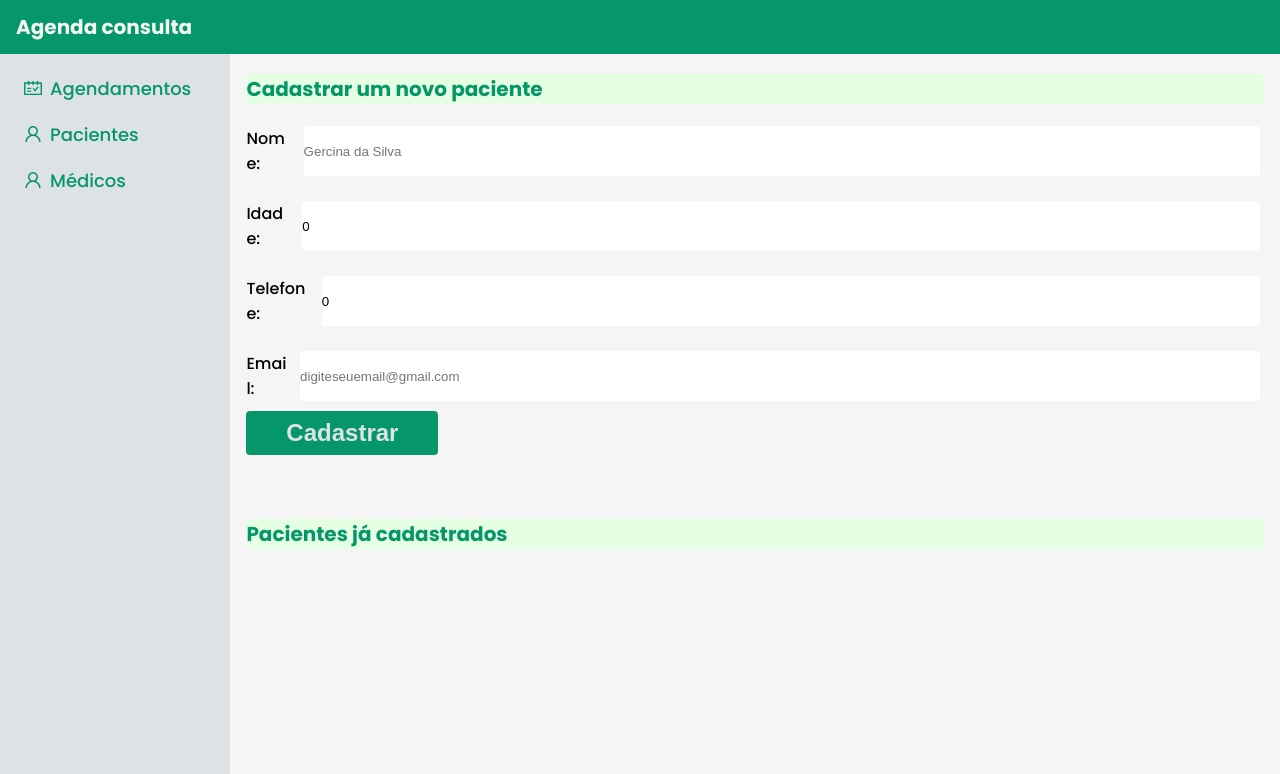
Repository: BarbaraCD/agendaconsulta
Page: /patients
The author's editor kept a copy of each file at every save. The page is drawn from the files as they stood at one save, then again after the next save.
The browser window is 1280 px wide. The pictures show the whole page.
The page's requests for data from a server got no answer. The project was rebuilt for these pictures with package versions that can differ from the ones it lists, and the page was loaded fresh each time. No one was signed in, and anything a server would have sent is missing. Also part of the build but not shown: vite.config.ts, src/styles/StyleList.ts, src/components/Doctors.tsx, src/services/doctor.services.ts, src/components/InputDoctors.tsx, src/components/CreateDoctor.tsx, src/components/Patients.tsx, src/styles/Appointments.ts and 3 more.

Above is the page before, as saved 2023-08-07 09:27:36.

### index.html
<!DOCTYPE html>
<html lang="en">
  <head>
    <meta charset="UTF-8" />
    <link rel="icon" type="image/svg+xml" href="/vite.svg" />
    <meta name="viewport" content="width=device-width, initial-scale=1.0" />

    <link rel="preconnect" href="https://fonts.googleapis.com">
    <link rel="preconnect" href="https://fonts.gstatic.com" crossorigin>
    <link href="https://fonts.googleapis.com/css2?family=Poppins:wght@400;500;700&display=swap" rel="stylesheet">

    <title>Agendamento de Consulta</title>
  </head>
  <body>
    <div id="root"></div>
    <script type="module" src="/src/main.tsx"></script>
  </body>
</html>

### src/main.tsx
import React from 'react'
import ReactDOM from 'react-dom/client'
import { ThemeProvider } from 'styled-components'
import GlobalStyle, { Container, Content } from './styles/global'
import { theme } from './styles/Theme.ts'
import App from './App.tsx'
import { Routes } from './routes/index.tsx'
import { Header } from './components/Header.tsx'
import { Provider } from 'react-redux'
import store from './store/index.ts'

ReactDOM.createRoot(document.getElementById('root')!).render(
  <React.StrictMode>
    <Provider store={store}>
      <ThemeProvider theme={theme}>
        <GlobalStyle />
        <Header />
        <Container>
            <App />
          <Content>
            <Routes />
          </Content>
        </Container>
      </ThemeProvider>
    </Provider>
  </React.StrictMode>
)

### src/styles/global.ts
import styled, { createGlobalStyle } from 'styled-components'

export default createGlobalStyle`
  *{
    margin: 0;
    padding: 0;
    box-sizing: border-box;

  }
  body{
    height: 100%;
    font-family: 'Poppins', sans-serif;
    background: ${(props) => props.theme.colors.white};
    font-size: ${(props) => props.theme.size.xl};
  }
`

export const Container = styled.div`
  display: flex;
`

export const SidebarGlobal = styled.div`
  width: 18%;
`

export const Content = styled.div`
  flex: 1;
  margin: 0 16px;
`;

### src/styles/Theme.ts

export const theme = {
  colors: {
    primary: '#059669',
    head: '#059669B3',
    900: '#6A8D73',
    800: '#AFC5A6',
    700: '#F4FDD9',
    100: '#E4FFE1',

    sbcolor: '#DCE2E6',
    gray: '#41414D',
    black: '#000',
    white: '#f5f5f5',
  },

  size: {
    sm: '14px',
    md: '16px',
    lg: '18px',
    xl: '20px',
    xxl: '24px'
  }
}

### src/App.tsx
import './styles/global'
import { Sidebar } from './components/Sidebar'
import { SidebarGlobal } from './styles/global'

export default function App() {

  return (
    <SidebarGlobal>
      <Sidebar />
    </SidebarGlobal>
  )
}

### src/routes/index.tsx
import { BrowserRouter } from "react-router-dom";

import { AppRoutes } from './app.routes'

export function Routes(){
  return(
    <BrowserRouter>
      <AppRoutes />
    </BrowserRouter>
  )
}

### src/components/Header.tsx
import { styled } from "styled-components"

const Container = styled.div`
  background-color: ${(props) => props.theme.colors.primary};
  padding: 12px 16px;
  flex: 1;
  min-width: 95px;
  color: ${(props) => props.theme.colors.white};
  font-weight: 700;
  a{
    text-decoration: none;
    color: ${(props) => props.theme.colors.white};
    word-break: normal;
  }
`

export function Header(){
  return (
    <Container>
      <a href="/">Agenda consulta</a>
    </Container>
  )
}

### src/store/index.ts
import { configureStore, ThunkAction, Action  } from "@reduxjs/toolkit";
import appointmentReducer  from '../features/appointments/appointmentsSlice'

const store = configureStore({
  reducer: {
    appointment: appointmentReducer,
  }
})

export type RootState = ReturnType<typeof store.getState>
export type AppThunk<ReturnType = void> = ThunkAction<
  ReturnType,
  RootState,
  unknown,
  Action<string>
>;

export default store

### src/components/Sidebar.tsx
import { ScheduleOutlined, UserOutlined } from '@ant-design/icons'
import { StyledSidebar, StyledList } from '../styles/SidebarStyled'

export function Sidebar(){
  return (
    <StyledSidebar>
        <StyledList>
          <li>
            <ScheduleOutlined style={{color:'#059669'}} />
            <a href="/appointments">Agendamentos</a>
          </li>
          <li>
            <UserOutlined style={{color:'#059669'}} />
            <a href="/patients">Pacientes</a>
          </li>
          <li>
            <UserOutlined style={{color:'#059669'}} />
            <a href="/doctors">Médicos</a>
          </li>
        </StyledList>
    </StyledSidebar>
  )
}

### src/routes/app.routes.tsx
import { Routes, Route } from 'react-router-dom'

import { CreateDoctor } from '../components/CreateDoctor'
import { CreatePatient } from '../components/CreatePatient'
import { App } from 'antd'
import { AppointmentsCalendar } from '../components/Calendar'
import { Appointments } from '../components/Appointments'

export function AppRoutes(){
  return(
    <Routes>
      <Route path='/' element={<App />} />
      <Route path='/patients' element={<CreatePatient />} />
      <Route path='/doctors' element={<CreateDoctor />} />
      <Route path='/appointments' element={<Appointments />} />
      <Route path='/calendar' element={<AppointmentsCalendar />} />

    </Routes>
  )
}

### src/features/appointments/appointmentsSlice.ts
import { createSlice, PayloadAction, CaseReducer } from '@reduxjs/toolkit';
import { AppointmentsProps } from '../../components/Appointments';

interface AppointmentState {
  appointments: AppointmentsProps[];
}

const initialState: AppointmentState = {
  appointments: [],
};

const appointmentSlice = createSlice({
  name: 'appointment',
  initialState,
  reducers: {
    addAppointment: (state, action: PayloadAction<AppointmentsProps>) => {
      state.appointments.push(action.payload);
    },
  },
});

export const { addAppointment } = appointmentSlice.actions;

export type AppointmentAction = ReturnType<CaseReducer<typeof appointmentSlice.reducer>>;

export default appointmentSlice.reducer;

### src/styles/SidebarStyled.ts
import styled from 'styled-components'

export const StyledSidebar = styled.div`
  flex-direction: column;
  height: 100vh;
  background-color: ${(props) => props.theme.colors.sbcolor};
  color: ${(props) => props.theme.colors.black};
  font-size: ${(props) => props.theme.size.lg};
  font-weight: 500;
  justify-content: start;
  text-align: start;
`

export const StyledList = styled.ul`
    flex-direction: column;
    display: flex;
    padding: 12px;
    list-style: none;

  li{
    cursor: pointer;
    padding: 12px;
    line-height: 22px;
  }

  a{
    text-decoration: none;
    color: ${(props) => props.theme.colors.primary};
    margin: 8px;
    word-break: break-all;
  }
`

### src/components/CreatePatient.tsx
import { useEffect, useState } from 'react'
import { Patients, PatientsProps } from './Patients'
import { createPatient, getPatient } from '../services/patient.services'
import { InputPatients } from './InputPatient'
import { SubmitButton } from './SubmitButton'
import { Container, Container2, Container3 }  from '../styles/CreateContainer'


export function CreatePatient(){

  const [patients, setPatients] = useState<PatientsProps[]>([])
  const [newPatient, setNewPatient] = useState<PatientsProps>({
    id: 0,
    name: '',
    age: 0,
    telephone: 0,
    email:''
  })

  useEffect(() => {
    fetchPatient().catch((error) => {
      console.error('Error fetching Patients:', error);
    });
  }, []);

  async function fetchPatient() {
    try {
      const response: PatientsProps[] = await getPatient();
      setPatients(response);
    } catch (error) {
      console.error('Error fetching Patients:', error);
    }
  }

  async function createNewPatient(){
    if(
      newPatient?.name.trim() !== '' &&
      typeof newPatient?.age === 'number' && newPatient?.age > 0 &&
      typeof newPatient?.telephone === 'number' && newPatient?.telephone > 0 &&
      newPatient?.email.trim() !== ''
      ){
        try {
          await createPatient(newPatient.name, newPatient.age, newPatient.telephone, newPatient.email);
          await fetchPatient();
            setNewPatient({
              id: 0,
              name: '',
              age: 0,
              telephone: 0,
              email: ''
            })
        console.log("Médico cadastrado com sucesso!")
        } catch(error){
          console.log("Erro ao cadastrar medico:", error)
        }
      } else {
        console.error("Por favor, preencha todos os campos corretamente.")
      }
  }

  return(
    <Container>
      <Container2>
      <h3>Cadastrar um novo paciente</h3>
        <InputPatients
          name={newPatient.name}
          age={newPatient.age}
          telephone={newPatient.telephone}
          email={newPatient.email}
          onNameChange={(value) => setNewPatient({ ...newPatient, name: value })}
          onAgeChange={(value) => setNewPatient({ ...newPatient, age: value })}
          onTelephoneChange={(value) => setNewPatient({ ...newPatient, telephone: value})}
          onEmailChange={(value) =>
            setNewPatient({ ...newPatient, email: value })
          }
        />

          <SubmitButton onClick={createNewPatient}/>
        </Container2>

        <Container3>
          <h3>Pacientes já cadastrados</h3>
          {patients.length > 0 && (
            patients.map((patients) => (
              <Patients
                id={patients.id}
                key={patients.id}
                name={patients.name}
                age={patients.age}
                telephone={patients.telephone}
                email={patients.email}
              />
            ))
          )}
        </Container3>

    </Container>
  )
}

### src/components/SubmitButton.tsx
import { styled } from "styled-components"

interface SubmitButtonProps {
  onClick: () => void
}

const StyledButton = styled.button`
  padding: 8px;
  width: 15vw;
  /* margin-left: 964px; */
  border-radius: 4px;
  color: ${(props) => props.theme.colors.sbcolor};
  border: none;
  background-color: ${(props) => props.theme.colors.primary};
  cursor: pointer;

  &:hover{
    color: ${(props) => props.theme.colors[100]};
  }

  p{
    font-size: ${(props) => props.theme.size.xxl};
    font-weight: 700;
  }
`

export function SubmitButton({ onClick }: SubmitButtonProps) {
  return (
    <StyledButton onClick={onClick}>
      <p>
        Cadastrar
      </p>
    </StyledButton>
  )
}

### src/styles/CreateContainer.ts
import styled from "styled-components"

export const Container = styled.div`

  background-color: ${(props) => props.theme.colors.white};
  justify-content: start;
  align-items: center;
`

export const Container2 = styled.div`

  padding: 20px 0;

  h3{
    font-size: ${(props) => props.theme.size.xl};
    color: ${(props) => props.theme.colors.primary};
    background-color: ${(props) => props.theme.colors[100]};
    margin-bottom: 12px;
  }

`
export const Container3 = styled.div`
  margin-top: 24px;
  flex-direction: column;
  padding: 20px 0;

  h3{
    font-size: ${(props) => props.theme.size.xl};
    color: ${(props) => props.theme.colors.primary};
    background-color: ${(props) => props.theme.colors[100]};
    margin-bottom: 12px;
  }
`

### src/services/patient.services.ts
import axios from 'axios';
import { PatientsProps } from '../components/Patients'
import { api } from './ApiConfig'

export async function getPatient(): Promise<PatientsProps[]> {
  try {
    const response = await axios.get('http://localhost:3333/patient');
    // eslint-disable-next-line @typescript-eslint/no-unsafe-return
    return response.data;
  } catch (error) {
    throw new Error('Erro ao obter dados dos pacientes:');
  }
}

export async function createPatient(name: string, age: number, telephone: number, email: string){
  return api.post('/patient', {
    name,
    age,
    telephone,
    email,
  })
}

### src/components/InputPatient.tsx
import { useState } from 'react'
import { InputContainer } from '../styles/InputContainer'

interface InputPatientsProps{
  name: string
  age: number
  telephone: number
  email: string
  onNameChange: (value: string) => void
  onAgeChange: (value: number) => void
  onTelephoneChange: (value: number) => void
  onEmailChange: (value: string) => void
}

export function InputPatients(props: InputPatientsProps) {
  const [telephone, setTelephone] = useState<number | ''>(props.telephone);
  const [age, setAge] = useState<number | ''>(props.age);

  const handleTelephoneChange = (event: React.ChangeEvent<HTMLInputElement>) => {
    const value = event.target.value;
    const numericValue = value.replace(/\D/g, '');
    const limitedValue = numericValue.slice(0, 11);
    setTelephone(limitedValue === '' ? '' : Number(limitedValue));
    props.onTelephoneChange(Number(limitedValue));
  }

  const handleAgeChange = (event: React.ChangeEvent<HTMLInputElement>) => {
    const value = event.target.value;
    const numericValue = value.replace(/\D/g, '');
    const limitedValue = numericValue.slice(0, 2);
    setAge(limitedValue === '' ? '' : Number(limitedValue));
    props.onAgeChange(Number(limitedValue));
  }

  return (
    <InputContainer>
        <label>
          <p>Nome:</p>
          <input
            type="text"
            name="nome"
            value={props.name.toUpperCase()}
            onChange={(event) => props.onNameChange(event.target.value)}
            placeholder='Gercina da Silva'
          />
        </label>
        <br />
        <label>
          <p>Idade:</p>
          <input
            type="text"
            name="idade"
            value={props.age}
            onChange={handleAgeChange}
            placeholder='idade'
          />
        </label>
        <br />
        <label>
          <p>Telefone:</p>
          <input
            type="text"
            name="telefone"
            value={props.telephone}
            onChange={handleTelephoneChange}
          />
        </label>
        <br />
        <label>
          <p>Email:</p>
          <input
            type="text"
            name="email"
            value={props.email.toLowerCase()}
            onChange={(event) => props.onEmailChange(event.target.value)}
            placeholder='digiteseuemail@gmail.com'
          />
        </label>
    </InputContainer>
  );
}

### src/services/ApiConfig.ts
import axios from "axios";

export const api = axios.create({
  baseURL: 'http://localhost:3333',
})

### src/styles/InputContainer.ts
import styled from "styled-components"

export const InputContainer = styled.div`

  color: ${(props) => props.theme.colors.black};
  font-size: ${(props) => props.theme.size.md};
  padding: 10px 0;
  text-transform: 'uppercase';

  h3 {
    background-color: ${(props) => props.theme.colors[100]};
    color: ${(props) => props.theme.colors.primary};
    margin-bottom: 10px;
  }

  label {
    display: flex;
    margin-right: 4px;
    word-break: break-all;
  }

  p{
    font-size: ${(props) => props.theme.size.md};
    font-weight: 500;
  }

  input {
    width: 100%;
    margin-left: 8px;
    border-radius: 4px;
    border: ${(props) => props.theme.colors.sbcolor};
    overflow: hidden;
  }
`

After the next save:
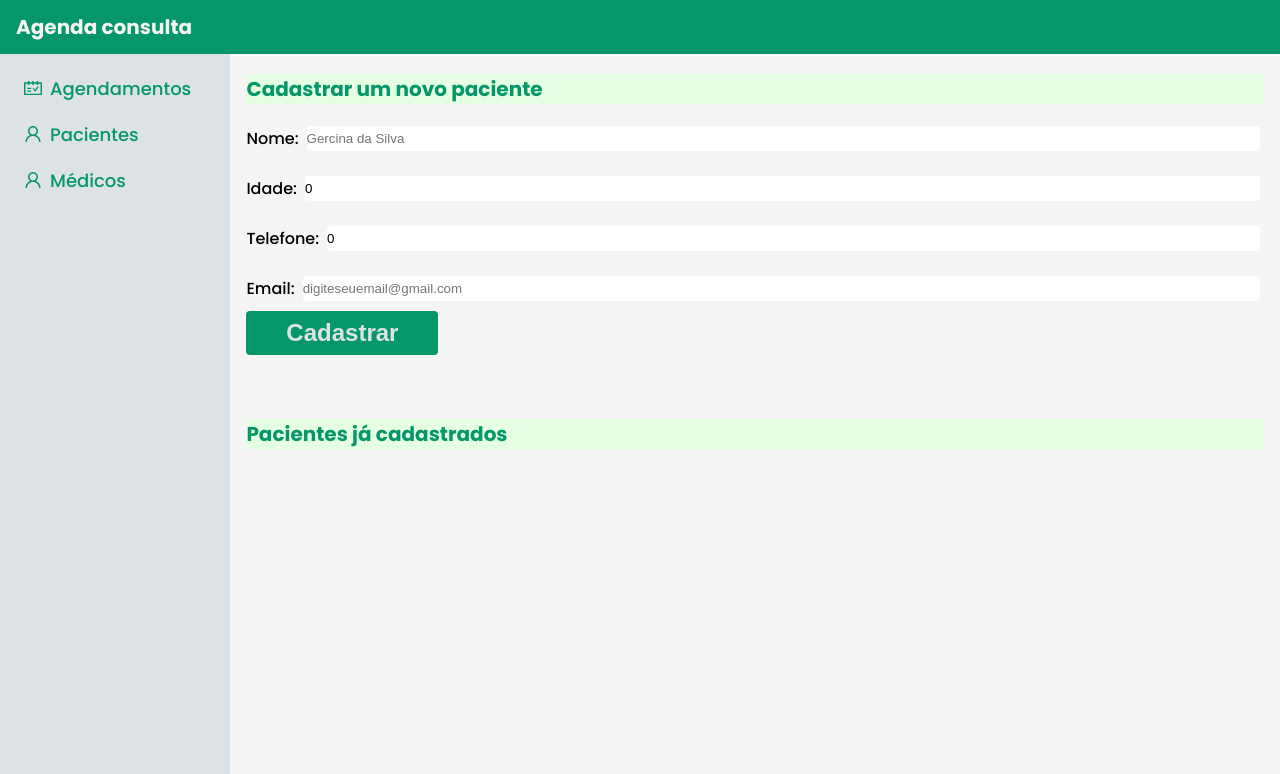
Saved 11 s later.
--- a/src/styles/InputContainer.ts
+++ b/src/styles/InputContainer.ts
@@ -16,7 +16,6 @@ export const InputContainer = styled.div`
   label {
     display: flex;
     margin-right: 4px;
-    word-break: break-all;
   }
 
   p{

After the 2 saves that followed:
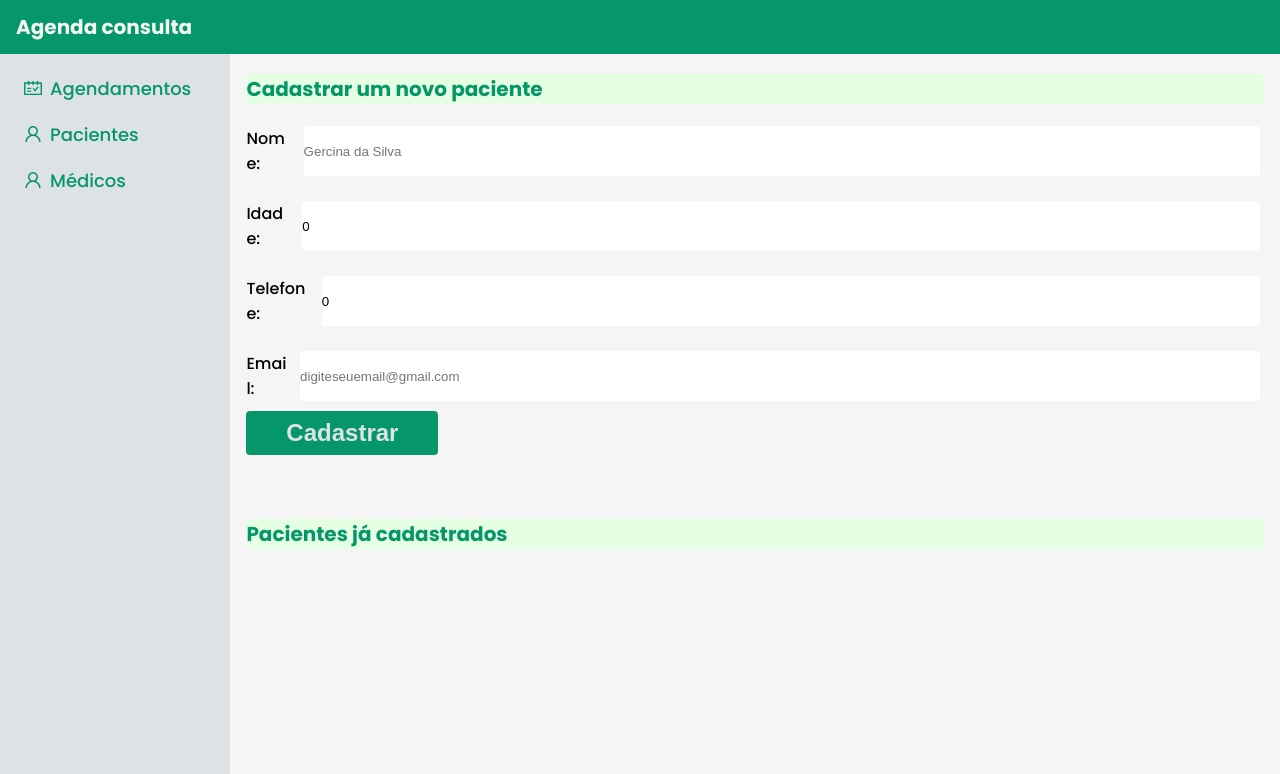
The 2 saves are shown as one change because 1 left the picture as it was.
The last was saved 51 s later.
--- a/src/styles/InputContainer.ts
+++ b/src/styles/InputContainer.ts
@@ -16,6 +16,7 @@ export const InputContainer = styled.div`
   label {
     display: flex;
     margin-right: 4px;
+    word-break: break-all;
   }
 
   p{
@@ -28,6 +29,6 @@ export const InputContainer = styled.div`
     margin-left: 8px;
     border-radius: 4px;
     border: ${(props) => props.theme.colors.sbcolor};
-    overflow: hidden;
+    overflow: scroll;
   }
 `
